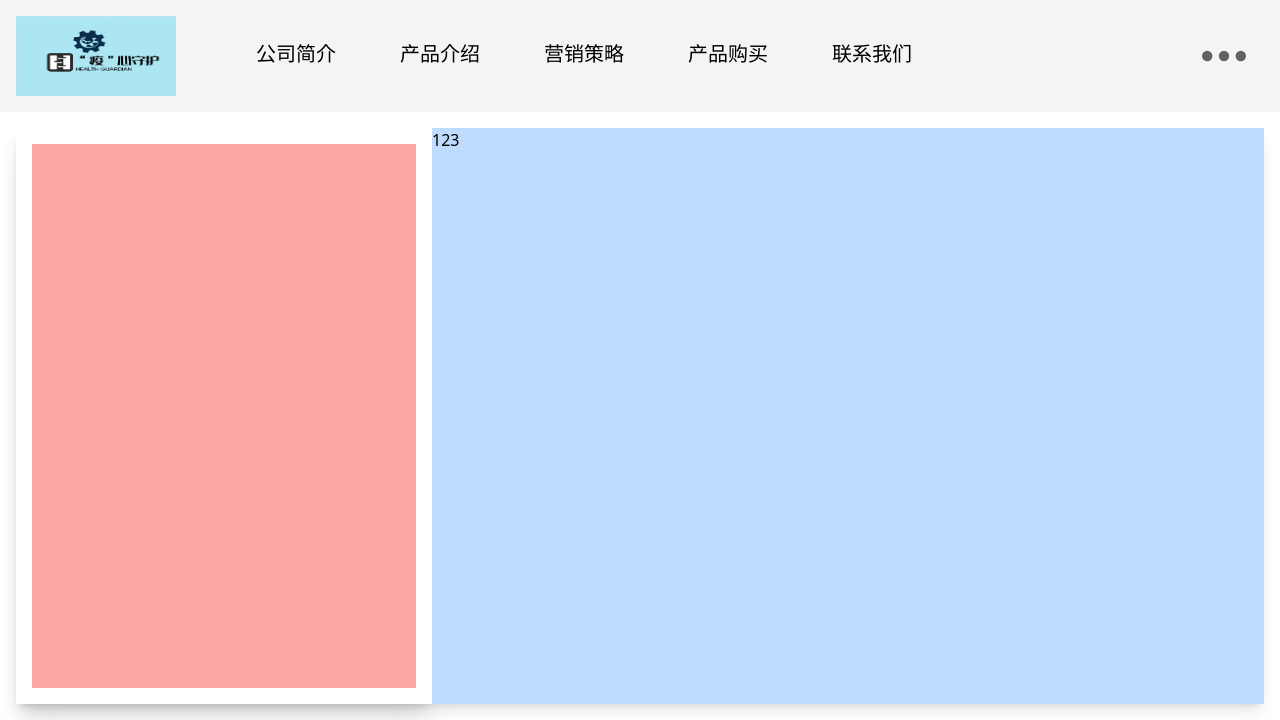
Repository: LiuRuohui/company_introduction
Page: /#/introduction
The author's editor kept a copy of each file at every save. The page is drawn from the files as they stood at one save, then again after the next save.
The browser window is 1280 px wide. The pictures show the whole page.
The project was rebuilt for these pictures with package versions that can differ from the ones it lists, and the page was loaded fresh each time. Also part of the build but not shown: vite.config.js, src/components/product.vue, src/components/purchase.vue, src/components/strategy.vue, src/components/contact.vue, src/components/public.vue.

Above is the page before, as saved 2022-05-09 23:31:07.

### index.html
<!DOCTYPE html>
<html lang="en">
  <head>
    <meta charset="UTF-8" />
    <link rel="icon" href="/favicon.ico" />
    <meta name="viewport" content="width=device-width, initial-scale=1.0" />
    <title>COMPANY_INTRODUCTION</title>
  </head>
  <body>
    <div id="app"></div>
    <script type="module" src="/src/main.js"></script>
  </body>
</html>

### src/main.js
import { createApp } from 'vue'
import "./index.css";
//引入路由器
import router from '../src/router/route.js'

import App from './App.vue'

const app = createApp(App);
app.use(router);
app.mount('#app');

### src/index.css
/* ./src/index.css */

@tailwind base;
@tailwind components;
.inputFrame {
  @apply w-full content-center text-base px-4 py-2 border-b rounded-2xl border-gray-300;
}

.inputFrame:focus {
  @apply outline-none border-indigo-500;
}

.btn {
  @apply w-full flex justify-center bg-gradient-to-r from-indigo-500 to-blue-600 text-gray-100 p-4 rounded-full tracking-wide font-semibold shadow-lg cursor-pointer transition ease-in duration-500;
}

.btn:hover {
  @apply bg-gradient-to-l from-blue-500 to-indigo-600;
}

.label {
  @apply ml-3 text-sm font-bold text-gray-700 tracking-wide;
}

@tailwind utilities;

### src/router/route.js
import { createRouter, createWebHashHistory } from "vue-router";
//引入组件
import Introduction from "../components/introduction.vue"
import Product from "../components/product.vue"
import Purchase from "../components/purchase.vue"
import Strategy from "../components/strategy.vue"
import Contact from "../components/contact.vue"

const route = [
    {
        path:'/introduction',
        component:Introduction
    },
    {
        path:'/product',
        component:Product
    },
    {
        path:'/strategy',
        component:Strategy
    },
    {
        path:'/purchase',
        component:Purchase
    },
    {
        path:'/contact',
        component:Contact
    },
]

// 创建路由对象
const router = createRouter({
    history: createWebHashHistory(),
    routes: route
  });


export default router

### src/App.vue
<script setup>
import Public from './components/public.vue';
import MainPage from './components/mainPage.vue';
// This starter template is using Vue 3 <script setup> SFCs
// Check out https://vuejs.org/api/sfc-script-setup.html#script-setup

</script>

<template>
<MainPage></MainPage>
</template>

<style>

</style>

### src/components/introduction.vue
<script setup>

</script>

<template>
<div class="w-full m-4 flex flex-row shadow-lg">
    <div class="flex h-full w-1/3 shadow-xl">
        <div class="m-4 bg-red-300 w-full">

        </div>
    </div>
    <div class="flex flex-grow bg-blue-200">
123
    </div>
</div>
</template>

### src/components/mainPage.vue
<script setup></script>

<template>
    <div class="max-h-full min-h-screen w-full flex flex-col bg-white">
        <div class="w-full h-28 flex flex-row bg-gray-100">
            <div class="h-full">
                <img
                    src="/src/assets/logo.png"
                    alt="公司图标"
                    class="h-20 m-4 w-40"
                />
            </div>
            <div class="flex font-sans text-xl ml-8">
                <router-link
                    active-class="active"
                    to="/introduction"
                    class="px-8 pt-10 hover:cursor-pointer hover:bg-blue-300"
                    >公司简介</router-link
                >
                <router-link
                    active-class="active"
                    to="/product"
                    class="px-8 pt-10 hover:cursor-pointer hover:bg-blue-300"
                    >产品介绍</router-link
                >
                <router-link
                    active-class="active"
                    to="/strategy"
                    class="px-8 pt-10 hover:cursor-pointer hover:bg-blue-300"
                    >营销策略</router-link
                >
                <router-link
                    active-class="active"
                    to="/purchase"
                    class="px-8 pt-10 hover:cursor-pointer hover:bg-blue-300"
                    >产品购买</router-link
                >
                <router-link
                    active-class="active"
                    to="/contact"
                    class="px-8 pt-10 hover:cursor-pointer hover:bg-blue-300"
                    >联系我们</router-link
                >
            </div>
            <div class="flex flex-grow flex-row-reverse">
                <img
                    src="/src/assets/more.svg"
                    alt="更多"
                    class="w-16 h-16 opacity-60 mt-6 mr-6 hover:cursor-pointer"
                />
            </div>
        </div>
        <div class="w-full flex flex-grow">
            <router-view></router-view>
        </div>
    </div>
</template>

<style></style>

### tailwind.config.js
module.exports = {
  content: [
      "./index.html",
      "./src/**/*.{vue,js,ts,jsx,tsx}",
  ],
  theme: {
      extend: {},
  },
  plugins: [],
}

After the next save:
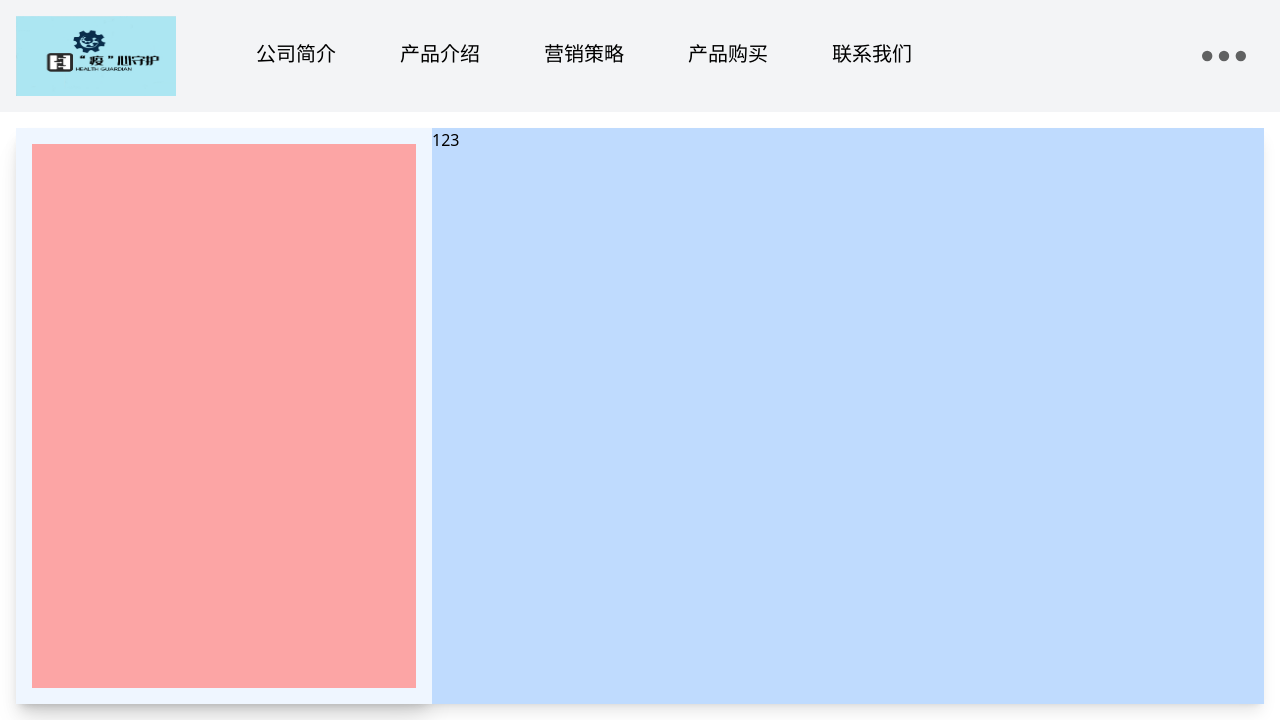
Saved 12 s later.
--- a/src/components/introduction.vue
+++ b/src/components/introduction.vue
@@ -3,7 +3,7 @@
 </script>
 
 <template>
-<div class="w-full m-4 flex flex-row shadow-lg">
+<div class="w-full m-4 flex flex-row shadow-lg bg-blue-50">
     <div class="flex h-full w-1/3 shadow-xl">
         <div class="m-4 bg-red-300 w-full">
 
